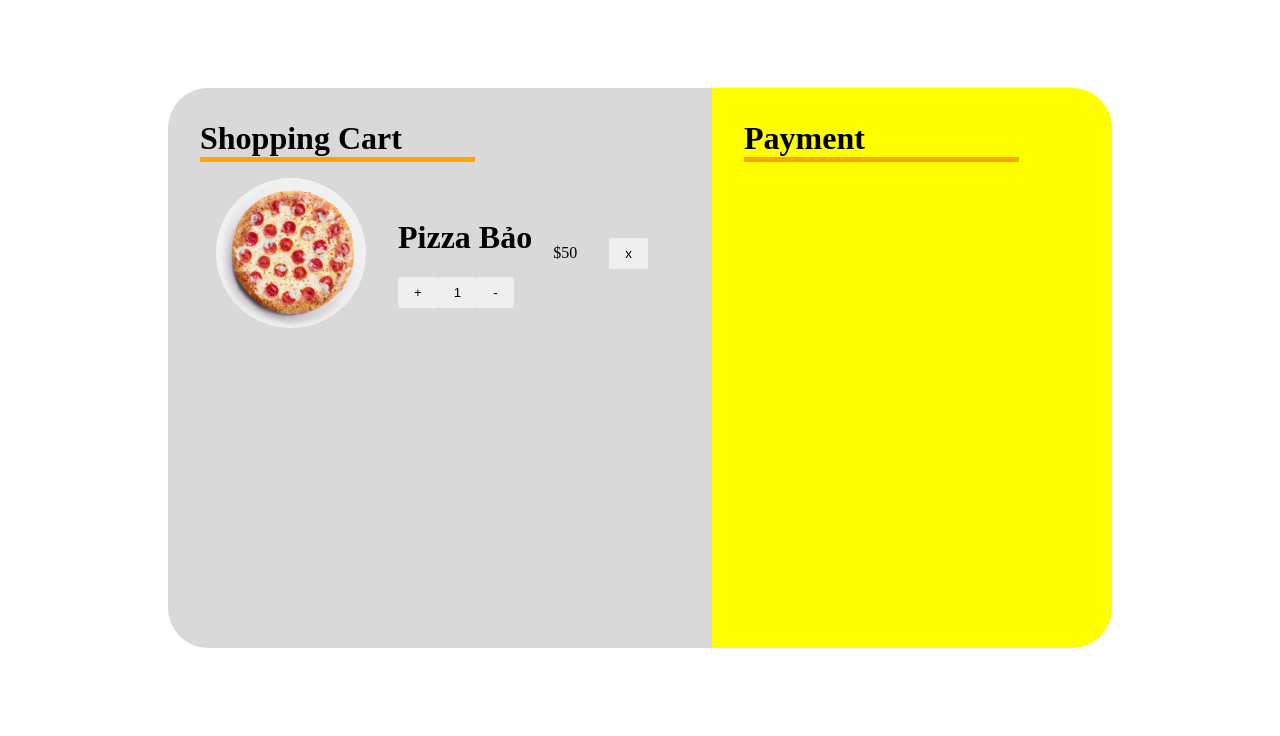
Repository: NDBaoFE/pizza-ordering-hiep
Page: /checkout
These files come from the project's save history. The page is drawn as it stood at one moment and after the next save; the edit follows.
The browser window is 1280 px wide. The pictures show the whole page.
The project was rebuilt for these pictures with package versions that can differ from the ones it lists, and the page was loaded fresh each time.

Above is the page before, as saved 2022-08-27 22:15:51.

After the next save:
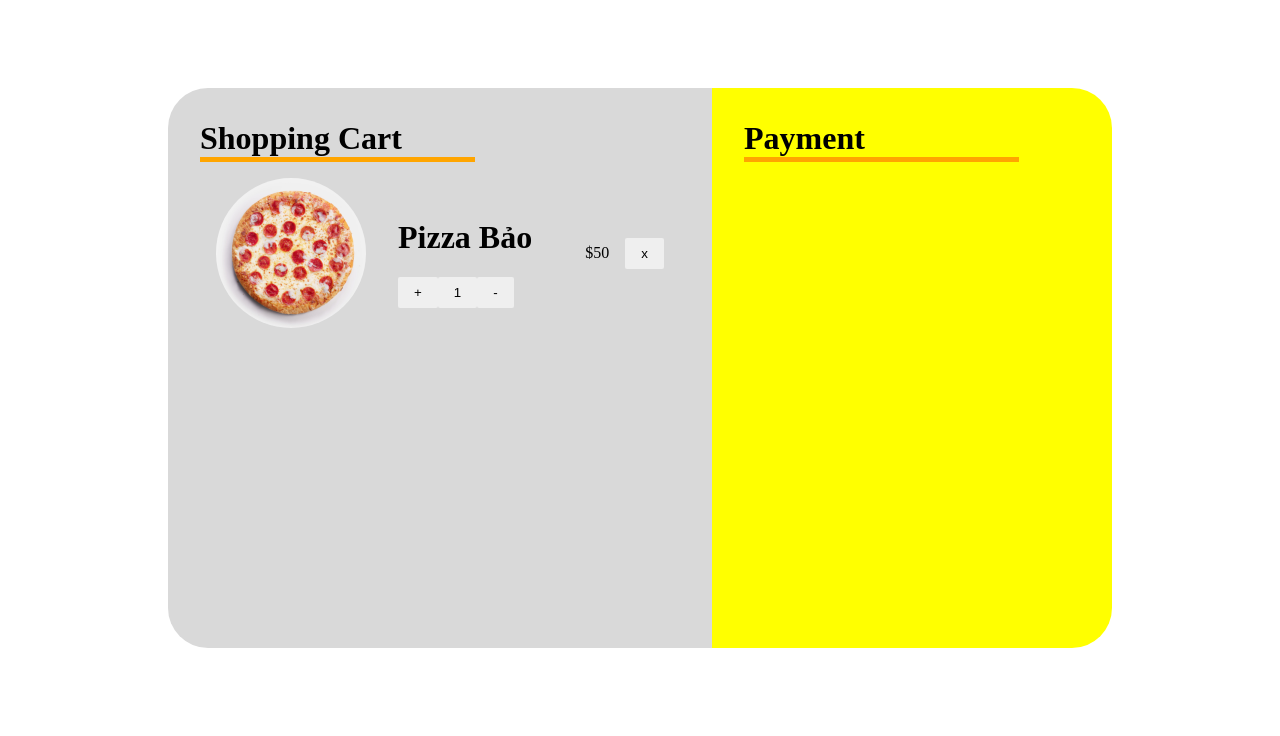
Saved 11 s later.
--- a/src/pages/Checkout/index.jsx
+++ b/src/pages/Checkout/index.jsx
@@ -19,7 +19,7 @@ const Checkout = (props) => {
               </div>
             </Styled.Info>
             <Styled.Price>$50</Styled.Price>
-            <Styled.CloseButton>x</Styled.CloseButton>
+            <button>x</button>
           </Styled.Item>
         </Styled.List>
       </Styled.Cart>
